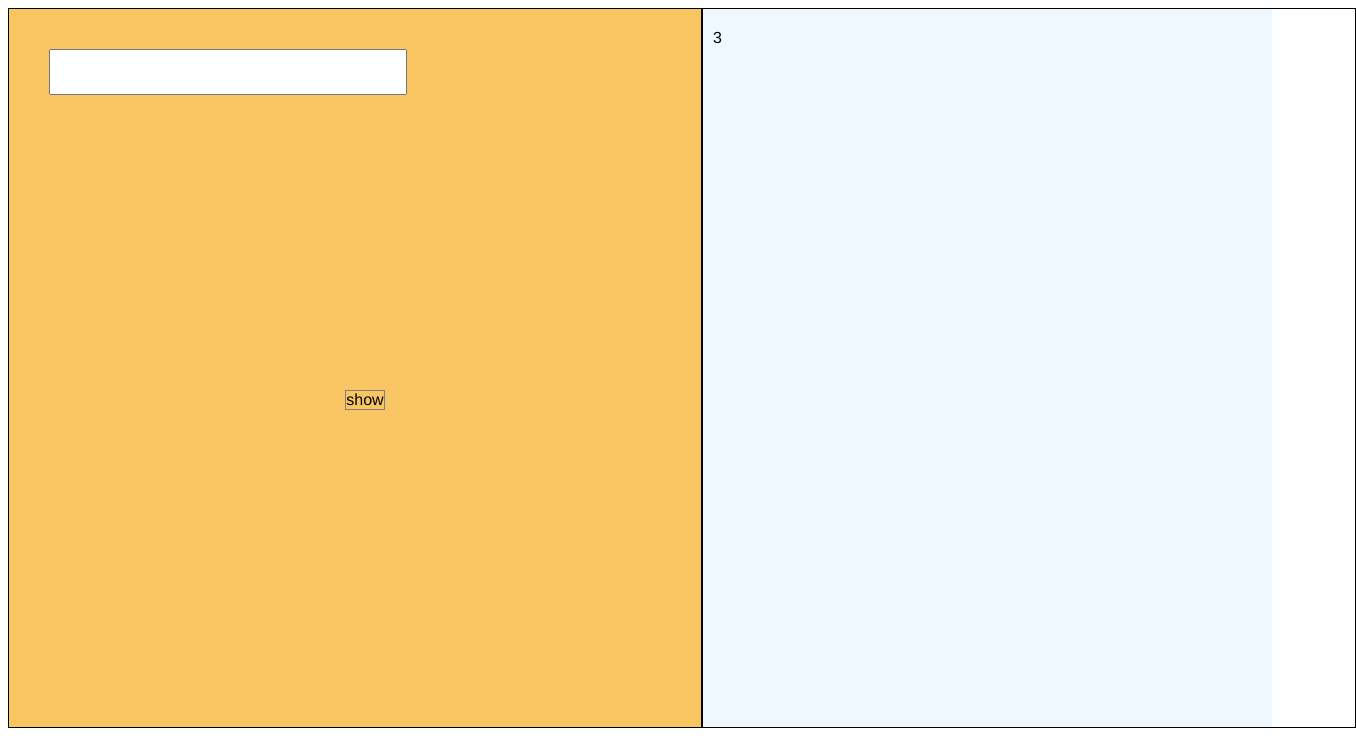
Repository: andrii1/react-gifs
Page: /
These files come from the project's save history. The page is drawn as it stood at one moment and after the next save; the edit follows.
The browser window is 1280 px wide. The page is 1356 px wide, then 1352 px, so the pictures cover 1356 px, including what lies to the right of the window. The pictures show the whole page.
The project was rebuilt for these pictures with package versions that can differ from the ones it lists, and the page was loaded fresh each time. Also part of the build but not shown: webpack.config.js.

Above is the page before, as saved 2022-03-02 15:35:22.

### src/index.jsx
import React from 'react';
import ReactDOM from 'react-dom';
import App from './components/App';

import '../assets/stylesheets/application.scss';

const root = document.getElementById('root');
if (root) {
  ReactDOM.render(<App />, root);
}

### src/components/App.jsx
import React, { Component } from 'react';
import ReactDOM from 'react-dom';
import giphy from 'giphy-api';
import Search from './Search'
import Show from './Show'
import Sidebar from './Sidebar'
const GIPHY_API_KEY = '1KMPHCBIOe3hOjJwCJQX49sRc6cM0oIm';

class App extends Component {
  constructor(props) {
    super(props);

    this.state = {
      gifs: [],
      selectedGifId: "xT9IgDEI1iZyb2wqo8"
    };
    this.search = this.search.bind(this);
    this.selectGif = this.selectGif.bind(this);
  }

  search(query) {
    const giphEndpoint = `https://api.giphy.com/v1/gifs/search?api_key=${GIPHY_API_KEY}&q=${query}&limit=10`
    fetch(giphEndpoint).then(response => response.json()).then((data) => {
      const gifs = data.data.map(giph => giph.id)
      this.setState({
        gifs: gifs
      })
      console.log(gifs)
    })
  }

  selectGif(id) {
    this.setState({
      selectedGifId: id
    });
  }

  render() {
    return (<div className="app">

        <div className="left">
          <div className="left-container">
          <Search searchFunction={this.search} />
          <Show id={this.state.selectedGifId}  />
          </div>
        </div>
      <div className="right"><Sidebar gifs={this.state.gifs} selectGif={this.selectGif} /></div>

    </div>);
  }
}

export default App;

### assets/stylesheets/application.scss
body {
  font-family: Helvetica;
}

#root .app {
  height: 100vh;
  display: flex;
  align-items: top;
  justify-content: space-between;
  background-color: aliceblue;
}
.app {
  background-color: aliceblue;
}



.left {
  flex: 0 0 50%;
  border: black 1px solid;
  padding: 20px 20px 20px 40px;
  background-color: rgba(255, 166, 0, 0.613);
}

.right {
  flex: 0 0 50%;
  border: black 1px solid;
  padding: 20px 10px 20px 10px;
  overflow: scroll;
}

.gif-list {
  column-count: 2;
    column-gap: 5px;
    padding: 5px 5px 5px 5px;
}

.left-container {
  display: flex;
  flex-direction: column;
}

.search {
  padding:20px 20px 20px 0;
}

input[type=text] {
  height: 40px;
  width: 350px
}

.show {
  height: calc(100vh - 150px);

}

.show-container {
  height: 100%;
  display: flex;
  align-items: center;
  justify-content: center;
}

.show-gif {
  //width: 100px;
  //height: 100px;
  border: 1px solid grey;
}

.image {
  padding-top: 10px;
  cursor: pointer;
}

### src/components/Search.jsx
import React, { Component } from 'react';
import ReactDOM from 'react-dom';

class Search extends Component {
  //state = {  }
  render() {
    return (
          <div className="search">
            <input type="text" name="search" />
          </div>
          );
  }
}

export default Search;

### src/components/Show.jsx
import React, { Component } from 'react';
import ReactDOM from 'react-dom';

class Show extends Component {
  //state = {  }
  render() {
    return (
      <div className="show">
        <div className="show-container">
          <div className="show-gif">show</div>
        </div>
      </div>
    );
  }
}

export default Show;

### src/components/Sidebar.jsx
import React, { Component } from 'react';
import ReactDOM from 'react-dom';

class Sidebar extends Component {
  //state = {  }
  render() {
    return (
      <div>3</div>
    );
  }
}

export default Sidebar;

After the next save:
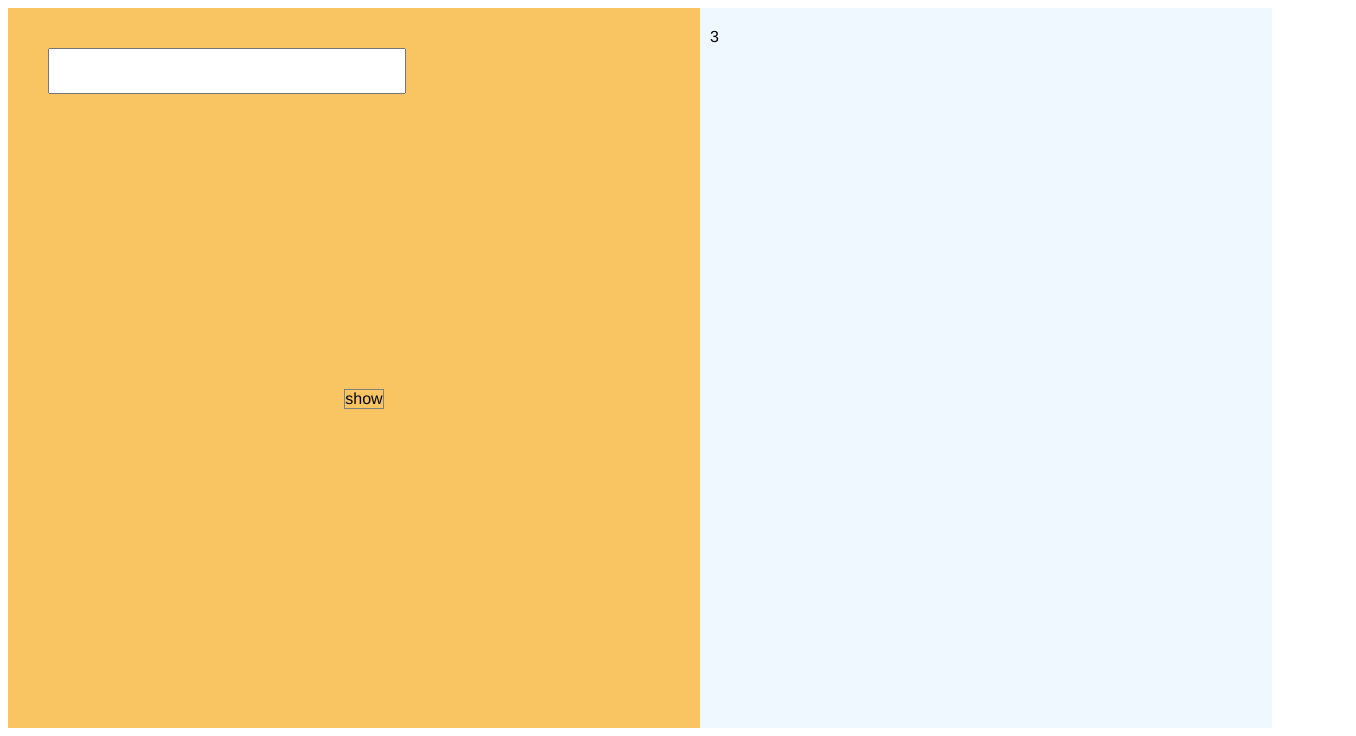
Saved 14 s later.
--- a/assets/stylesheets/application.scss
+++ b/assets/stylesheets/application.scss
@@ -17,14 +17,12 @@ body {
 
 .left {
   flex: 0 0 50%;
-  border: black 1px solid;
   padding: 20px 20px 20px 40px;
   background-color: rgba(255, 166, 0, 0.613);
 }
 
 .right {
   flex: 0 0 50%;
-  border: black 1px solid;
   padding: 20px 10px 20px 10px;
   overflow: scroll;
 }
